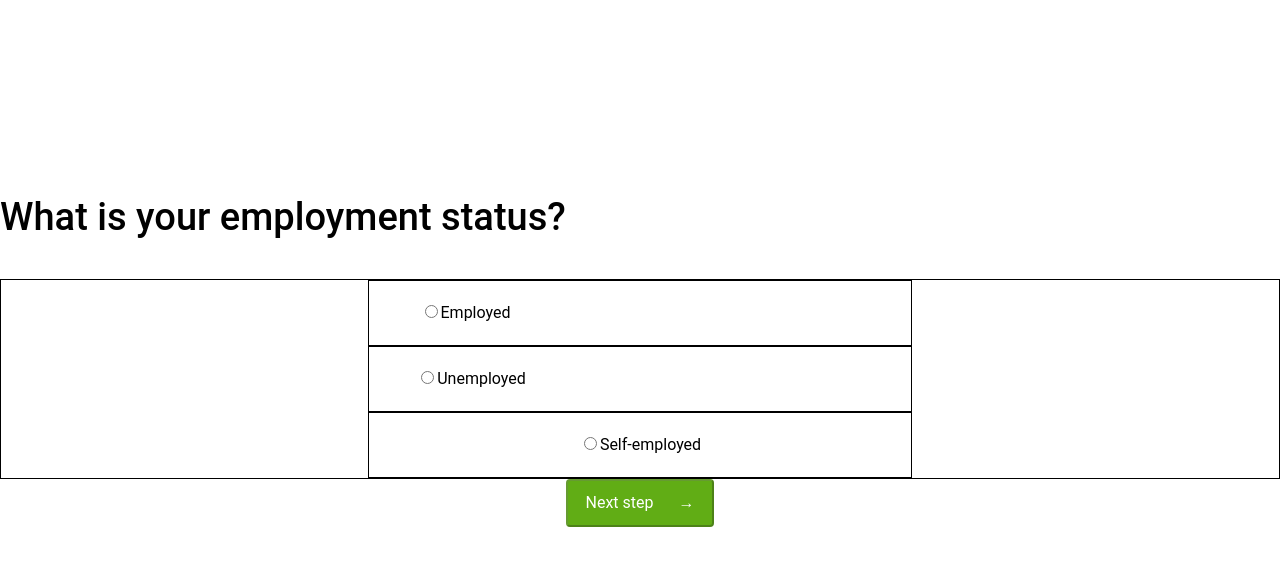
Repository: andbilous/task-survey
Page: /employment-status
These files come from the project's save history. The page is drawn as it stood at one moment and after the next save; the edit follows.
The browser window is 1280 px wide. The pictures show the whole page.
The project was rebuilt for these pictures with package versions that can differ from the ones it lists, and the page was loaded fresh each time. Also part of the build but not shown: src/pages/FillingStatus.jsx, src/pages/Proprietorships.jsx, src/pages/Score.jsx.

Above is the page before, as saved 2020-06-18 16:52:22.

### src/App.js
import React from 'react';
import { Provider } from 'react-redux'
import { store } from './redux/store'
import {
  BrowserRouter as Router,
  Switch,
  Route,
} from "react-router-dom";
import './App.css';
import {Header} from './components/Header';
import {EmploymentStatusPage} from './pages/EmploymentStatus';
import {FillingStatusPage} from './pages/FillingStatus';
import {ProprietorshipsPage} from './pages/Proprietorships';
import {ScorePage} from './pages/Score';


function App() {
  return (
    <Router>
    <Provider store={store}>
    <Switch>
    <div className="App">
      <Header/>
      <Route path="/employment-status">
            <EmploymentStatusPage />
          </Route>
          <Route path="/filling-status">
            <FillingStatusPage />
          </Route>
          <Route path="/proprietorship">
            <ProprietorshipsPage />
          </Route>
          <Route path="/score">
            <ScorePage />
          </Route>
    </div>
    </Switch>
    </Provider>
    </Router>
  );
}

export default App;

### src/redux/store.js
import { applyMiddleware, createStore } from 'redux';
import logger from 'redux-logger';
import thunk from 'redux-thunk';

import { rootReducer } from './rootReducer';

const middleware = [thunk, logger];

export const store = createStore(rootReducer, applyMiddleware(...middleware));

### src/App.css
* {
  text-align: center;
  box-sizing: border-box;
  font-family: Roboto;
  font-style: normal;
  font-weight: normal;
}
h2{
  font-family: Roboto;
font-style: normal;
font-weight: 500;
font-size: 38px;
line-height: 60px;
display: flex;
align-items: center;
text-align: center;
}
.list-item{
  width: 544px;
  height: 66px;
  border: 1px solid black;
  padding-top: 21px;
}
/* .App {
  text-align: center;
  background-color: #333;
}

.App-logo {
  height: 40vmin;
  pointer-events: none;
}

@media (prefers-reduced-motion: no-preference) {
  .App-logo {
    animation: App-logo-spin infinite 20s linear;
  }
}

.App-header {
  background-color: #282c34;
  min-height: 100vh;
  display: flex;
  flex-direction: column;
  align-items: center;
  justify-content: center;
  font-size: calc(10px + 2vmin);
  color: white;
}

.App-link {
  color: #61dafb;
}

@keyframes App-logo-spin {
  from {
    transform: rotate(0deg);
  }
  to {
    transform: rotate(360deg);
  }
} */

### src/components/Header.jsx
import React from "react";
import { connect } from "react-redux";

const Header = ({ progress }) => {
  return (
    <>
      <div style={styles.general} />
      <div
        style={{
          width: `${progress}%`,
          height: "75px",
          backgroundColor: "#61AD15",
        }}
      ></div>
    </>
  );
};

const styles = {
  general: {
    position: "absolute",
    left: "0%",
    right: "0%",
    top: "0%",
    bottom: "0%",
    height: "72px",
    backgroundColor: "#fff",
  },
};

const HeaderContainer = connect(
  (state) => ({
    progress: state.surveyReducer.progress,
  }),
  (dispatch) => ({})
)(Header);

export { HeaderContainer as Header };

### src/pages/EmploymentStatus.jsx
import React, { useState } from "react";
import { useHistory } from "react-router-dom";
import { connect } from "react-redux";
import Footer from "../components/Footer";
import { setEmploymentStatus } from "../redux/survey/actions";

const EmploymentStatusPage = ({ setEmploymentStatus }) => {
  const history = useHistory();
  const [disableFooter, setDisableFooter] = useState(true);
  const [value, setValue] = useState("");

  const navigateNextPage = () => {
    if (value === "Employed" || value === "Unemployed") {
      history.push("/filling-status");
    } else {
      history.push("/proprietorship");
    }
  };

  const handleChange = (value) => {
    console.log(value);
    setDisableFooter(false);
    setEmploymentStatus(value);
    setValue(value);
  };
  return (
    <div style={{ backgroundColor: "#fff", marginTop: "7rem" }}>
      <h2>What is your employment status?</h2>
      <form>
        <div
          id="1"
          style={styles.parent}
          className="radio"
        >
          <label className="list-item" style={{paddingRight: '350px'}}>
            <input
              onClick={() => handleChange("Employed")}
              name="1"
              type="radio"
              value="Employed"
            />
            Employed
          </label>
          <label className="list-item" style={{paddingRight: '338px'}}>
            <input
              onClick={() => handleChange("Unemployed")}
              name="1"
              type="radio"
              value="Unemployed"
            />
            Unemployed
          </label>
          <label className="list-item">
            <input
              onClick={() => handleChange("SelfEmployed")}
              name="1"
              type="radio"
              value="SelfEmployed"
            />
            Self-employed
          </label>
        </div>
      </form>
      <Footer disable={disableFooter} navigateNextPage={navigateNextPage} />
    </div>
  );
};

const styles = {
  parent: {
    background: '#fff',
    marginTop: "2rem",
    border: "1px solid black",
    display: "flex",
    flexDirection: "column",
    alignItems: "center",
    textAlign: "center",
  },
  item: {
    width: "544px",
    height: "66px",
    border: "1px solid black",
    paddingTop: '21px',
  },
};

const EmploymentStatusPageContainer = connect(
  (state) => ({}),
  (dispatch) => ({
    setEmploymentStatus: (value) => dispatch(setEmploymentStatus(value)),
  })
)(EmploymentStatusPage);

export { EmploymentStatusPageContainer as EmploymentStatusPage };

### src/redux/rootReducer.js
import { combineReducers } from 'redux'
import surveyReducer from './survey/reducer'

export const rootReducer = combineReducers({
  surveyReducer
})

### src/components/Footer.jsx
import React from "react";

const Footer = ({ disable, navigateNextPage, navigatePrevPage }) => {
  if (navigatePrevPage && navigateNextPage) {
    return (
      <div style={styles.general}>
        <button
          disabled={disable}
          onClick={() => {
            navigatePrevPage();
          }}
        >
          Prev step
        </button>
        <button
          disabled={disable}
          onClick={() => {
            navigateNextPage();
          }}
        >
          Next step
        </button>
      </div>
    );
  }
  if (navigatePrevPage && !navigateNextPage) {
    return (
      <button
        disabled={disable}
        onClick={() => {
          navigatePrevPage();
        }}
      >
        Prev step
      </button>
    );
  }
  if (!navigatePrevPage && navigateNextPage) {
    return (
      <button
        style={styles.button}
        disabled={disable}
        onClick={() => {
          navigateNextPage();
        }}
      >
        <span>Next step</span>
        <span style={styles.arrow}>&#8594;</span>
      </button>
    );
  }
};

const styles = {
  general: {
    position: "absolute",
    bottom: "0",
    width: "100%",
    height: "2.5rem",
    backgroundColor: "#fff",
  },
  button: {
    color: "#fff",
    width: "148px",
    height: "48px",
    background: "#61AD15",
    textAlign: "center",
    fontSize: "16px",
    lineHeight: "26px",
    borderRadius: "4px",
  },
  arrow: {
    marginLeft: '25px',
    transform: "matrix(1, 0, 0, -1, 0, 0)",
  },
};

export default Footer;

### src/redux/survey/actions.js
import types from './types';

export const setEmploymentStatus = (value) => {
    if(value === 'Employed'){
      return {
        type: types.SET_EMPLOYMENT_STATUS,
        employmentStatus: value,
        count: 10,

      }
    }
      if(value === 'Unemployed'){
        return {
          type: types.SET_EMPLOYMENT_STATUS,
          employmentStatus: value,
          count: 20
        }
      }
        if(value === 'SelfEmployed'){
          return {
            type: types.SET_EMPLOYMENT_STATUS,
            employmentStatus: value,
            count: 30
          }
    }
};

export const setProprietorshipsCount = (value) => ({
    type: types.SET_PROPRIETORSHIPS_MULTIPLIER,
    multiplier: value
})

export const setFillingStatus = (values) =>{
  if(!values.length){
    return {
      type: types.SET_FILLING_STATUS,
      count: 0
    }
}
  if(values.length===1){
    return {
      type: types.SET_FILLING_STATUS,
      count: 10
    }
}
  return {
    type: types.SET_FILLING_STATUS,
    count: (values.length)*5
  }
}

export const displayResult = () =>({
  type: types.DISPLAY_RESULT
})

### src/redux/survey/reducer.js
import types from './types'

const initialValues = {
  count: 0,
  employmentStatus:'',
  progress: 0
}

const surveyReducer = (state = initialValues, action) => {
  switch (action.type) {
    case types.SET_EMPLOYMENT_STATUS:
      return {
        ...state,
        count: state.count + action.count,
        employmentStatus: action.employmentStatus,
        progress: 30
      }
      case types.SET_PROPRIETORSHIPS_MULTIPLIER:
        return {
          ...state,
          count: state.count * action.multiplier,
          progress: 50
        }
        case types.SET_FILLING_STATUS:
        return {
          ...state,
          count: state.count + action.count,
          progress: 70
        }
        case types.DISPLAY_RESULT:
        return {
          ...state,
          progress: 100
        }

    default:
      return state
  }
}

export default surveyReducer;

### src/redux/survey/types.js
const types = {
  SET_EMPLOYMENT_STATUS:'SET_EMPLOYMENT_STATUS',
  SET_PROPRIETORSHIPS_MULTIPLIER: 'SET_PROPRIETORSHIPS_MULTIPLIER',
  SET_FILLING_STATUS: 'SET_FILLING_STATUS',
  DISPLAY_RESULT: 'DISPLAY_RESULT'
}

export default types;

Loaded but not shown: public/index.html (common file); src/index.js (common file); src/index.css (common file); src/serviceWorker.js (common file)

After the next save:
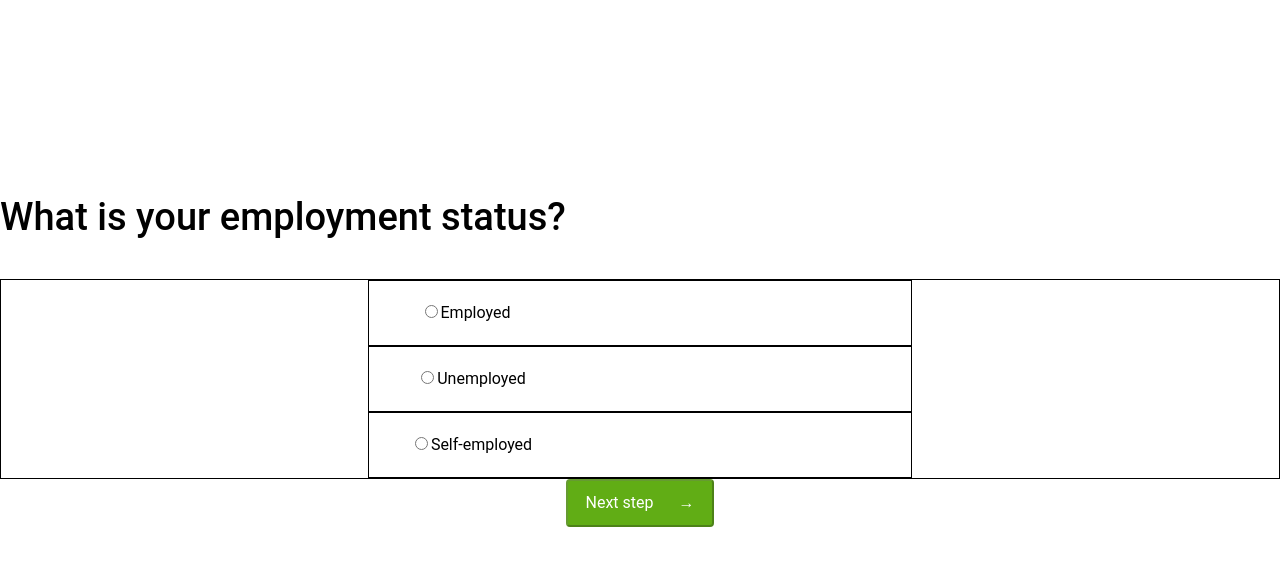
Saved 84 s later.
--- a/src/pages/EmploymentStatus.jsx
+++ b/src/pages/EmploymentStatus.jsx
@@ -50,7 +50,7 @@ const EmploymentStatusPage = ({ setEmploymentStatus }) => {
             />
             Unemployed
           </label>
-          <label className="list-item">
+          <label className="list-item" style={{paddingRight: '338px'}}>
             <input
               onClick={() => handleChange("SelfEmployed")}
               name="1"
